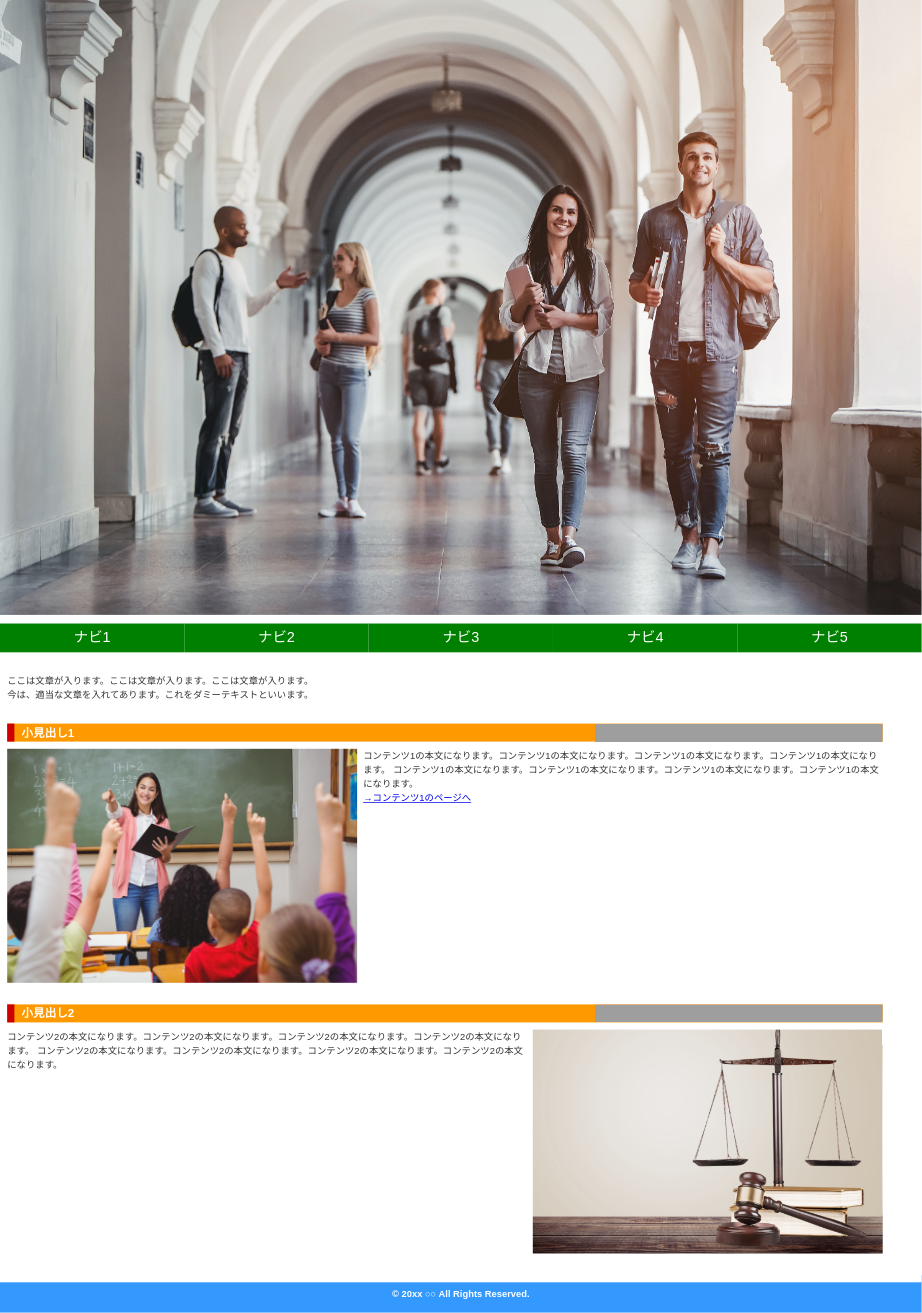
Repository: ryoji1228/samurai_HTML-CSS
Page: home.html
The author's editor kept a record of every edit. The page is drawn from the files as they stood at one moment, then again after the next edit.
The browser window is 1280 px wide. The pictures show the whole page, at 72% of full size.
Pictures or frames that could not be fetched are drawn as grey boxes.

Above is the page before.

After the next edit:
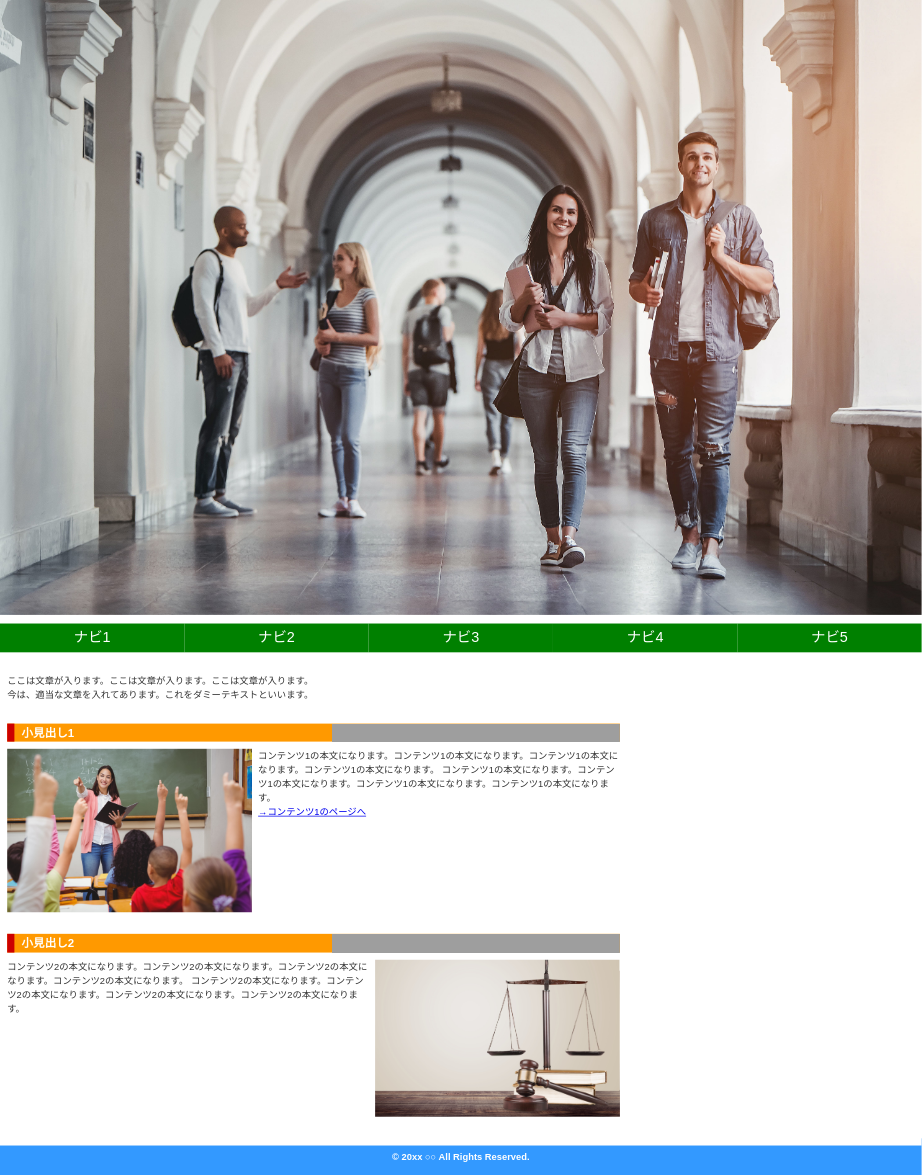
The edit:
--- a/stylesheet.css
+++ b/stylesheet.css
@@ -82,7 +82,7 @@
 	padding-top: 20px;
 	clear: both;
 	display: grid;
-	grid-template-columus: 70vw 30vw;
+	grid-template-columns: 70vw 30vw;
 }
 /* -------------------- main -------------------- */
 #main {
